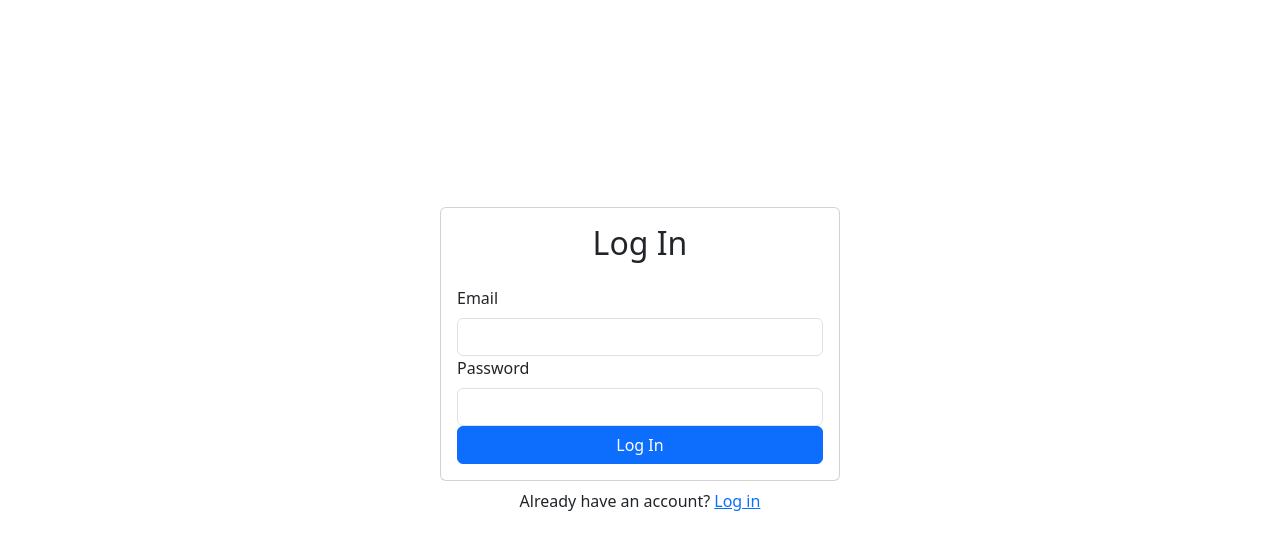
Repository: korybecker/sound-share-app
Page: /login (app in sound-share/)
These files come from the project's save history. The page is drawn as it stood at one moment and after the next save; the edit follows.
The browser window is 1280 px wide. The pictures show the whole page.
The page's requests for data from a server got no answer. The project was rebuilt for these pictures with package versions that can differ from the ones it lists, and the page was loaded fresh each time. No one was signed in, and anything a server would have sent is missing. Also part of the build but not shown: sound-share/src/components/Dashboard.js, sound-share/src/components/Signup.js.

Above is the page before, as saved 2022-04-04 23:09:31.

### sound-share/src/index.js
import React from "react";
import ReactDOMClient from "react-dom/client";
import App from "./components/App";
import "bootstrap/dist/css/bootstrap.min.css";

const container = document.getElementById("root");

const root = ReactDOMClient.createRoot(container);

root.render(
  <React.StrictMode>
    <App />
  </React.StrictMode>
);

### sound-share/src/components/App.js
import { BrowserRouter as Router, Routes, Route } from "react-router-dom";
import { Container } from "react-bootstrap";
import { AuthProvider } from "../contexts/AuthContext";

import Dashboard from "./Dashboard";
import Signup from "./Signup";
import Login from "./Login";

const App = () => {
  return (
    <>
      <Container
        className="d-flex align-items-center justify-content-center"
        style={{ minHeight: "100vh" }}
      >
        <div className="w-100" style={{ maxWidth: "400px" }}>
          <Router>
            <AuthProvider>
              <Routes>
                <Route exact path="/" element={<Dashboard />} />
                <Route path="signup" element={<Signup />} />
                <Route path="login" element={<Login />} />
              </Routes>
            </AuthProvider>
          </Router>
        </div>
      </Container>
    </>
  );
};

export default App;

### sound-share/src/contexts/AuthContext.js
import { createContext, useContext, useEffect, useState } from "react";
import { auth } from "../firebase-config";

import {
  signOut,
  createUserWithEmailAndPassword,
  signInWithEmailAndPassword,
  updateEmail,
  updatePassword,
  sendPasswordResetEmail,
} from "firebase/auth";

const AuthContext = createContext();

export const useAuth = () => {
  return useContext(AuthContext);
};

export const AuthProvider = ({ children }) => {
  const [currentUser, setCurrentUser] = useState();
  const [loading, setLoading] = useState(true);

  const signup = (email, password) => {
    return createUserWithEmailAndPassword(auth, email, password);
  };

  useEffect(() => {
    const unsubscribe = auth.onAuthStateChanged((user) => {
      setCurrentUser(user);
      setLoading(false);
    });
    return unsubscribe;
  }, []);

  const value = {
    currentUser,
    signup,
  };

  return (
    // render app only if user exists (loading is false)
    <AuthContext.Provider value={value}>
      {!loading && children}
    </AuthContext.Provider>
  );
};

### sound-share/src/components/Login.js
import { Form, Button, Card, Alert } from "react-bootstrap";
import { Link, useNavigate } from "react-router-dom";
import { useRef, useState } from "react";
import { useAuth } from "../contexts/AuthContext";

const Login = () => {
  const { signup } = useAuth();
  const navigate = useNavigate();

  const emailRef = useRef();
  const passwordRef = useRef();

  const [error, setError] = useState("");
  const [loading, setLoading] = useState(false);

  const handleSubmit = async (e) => {
    e.preventDefault();

    const email = emailRef.current.value;
    const password = passwordRef.current.value;

    try {
      setError("");
      setLoading(true);
      await signup(email, password);
      navigate("/");
    } catch (err) {
      console.log(err);
      setError("Failed to create an account");
    }
    setLoading(false);
  };

  return (
    <>
      <Card>
        <Card.Body>
          <h2 className="text-center mb-4">Log In</h2>
          {error && <Alert variant="danger">{error}</Alert>}
          <Form onSubmit={handleSubmit}>
            <Form.Group id="email">
              <Form.Label>Email</Form.Label>
              <Form.Control type="email" ref={emailRef} required />
            </Form.Group>
            <Form.Group id="password">
              <Form.Label>Password</Form.Label>
              <Form.Control type="password" ref={passwordRef} required />
            </Form.Group>
            <Button disabled={loading} className="w-100" type="submit">
              Log In
            </Button>
          </Form>
        </Card.Body>
      </Card>
      <div className="w-100 text-center mt-2">
        Already have an account? <Link to="/login">Log in</Link>
      </div>
    </>
  );
};

export default Login;

### sound-share/src/firebase-config.js
import { initializeApp } from "firebase/app";
import { getAuth } from "firebase/auth";
import { getFirestore } from "@firebase/firestore";
import { getStorage } from "firebase/storage";

const app = initializeApp({
  apiKey: process.env.REACT_APP_API_KEY,
  authDomain: process.env.REACT_APP_AUTH_DOMAIN,
  projectId: process.env.REACT_APP_PROJECT_ID,
  storageBucket: process.env.REACT_APP_STORAGE_BUCKET,
  messagingSenderId: process.env.REACT_APP_MESSAGING_SENDER_ID,
  appId: process.env.REACT_APP_APP_ID,
  measurementId: process.env.REACT_APP_MEASUREMENT_ID,
});

export const auth = getAuth(app);
export const storage = getStorage(app);
export const db = getFirestore(app);

export default app;

Loaded but not shown: sound-share/public/index.html (common file)

After the next save:
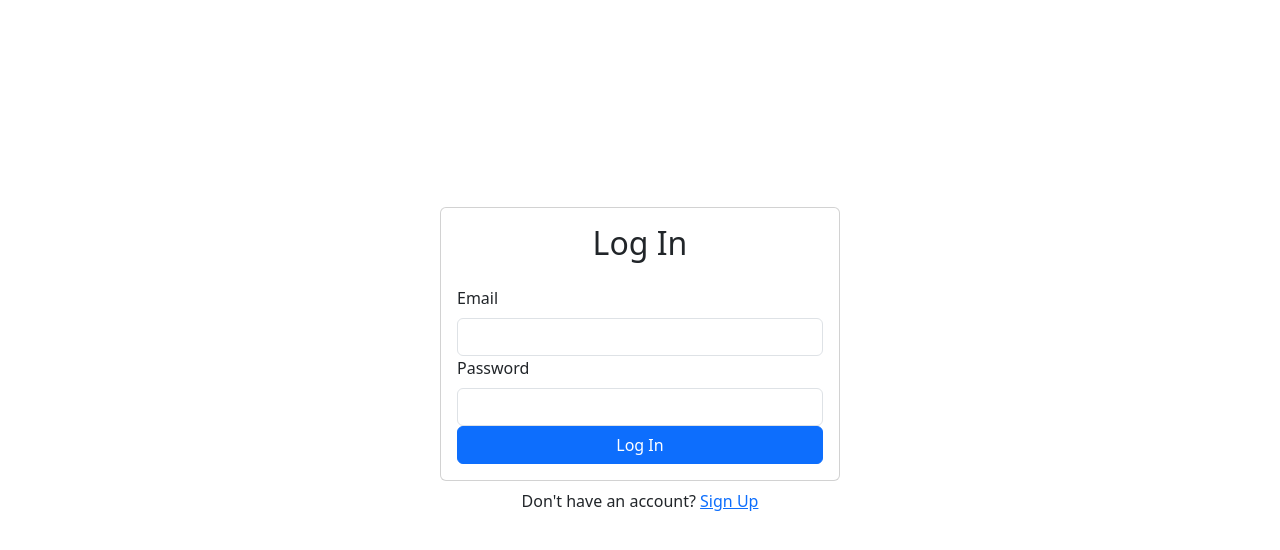
Saved 31 s later.
--- a/sound-share/src/components/Login.js
+++ b/sound-share/src/components/Login.js
@@ -53,7 +53,7 @@ const Login = () => {
         </Card.Body>
       </Card>
       <div className="w-100 text-center mt-2">
-        Already have an account? <Link to="/login">Log in</Link>
+        Don't have an account? <Link to="/signup">Sign Up</Link>
       </div>
     </>
   );
